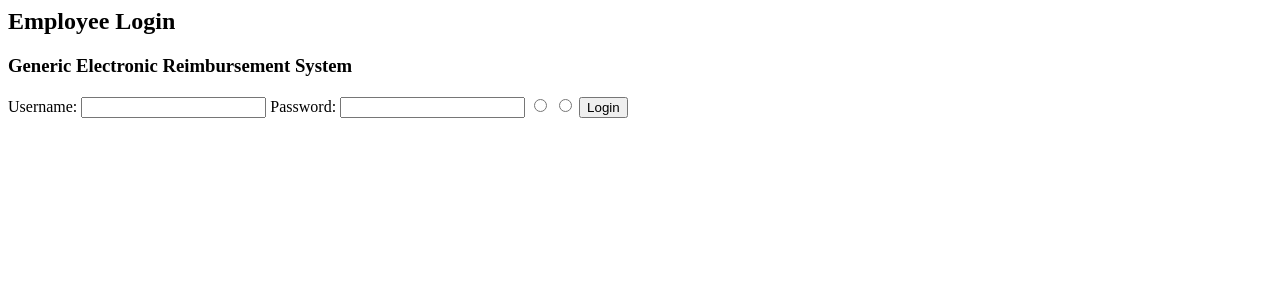
Repository: lharrill01/july_11_current_projects
Page: project1/src/main/webapp/Login.html
These files come from the project's save history. The page is drawn as it stood at one moment and after the next save; the edit follows.
The browser window is 1280 px wide. The pictures show the whole page.

Above is the page before, as saved 2019-07-07 19:02:24.

After the next save:
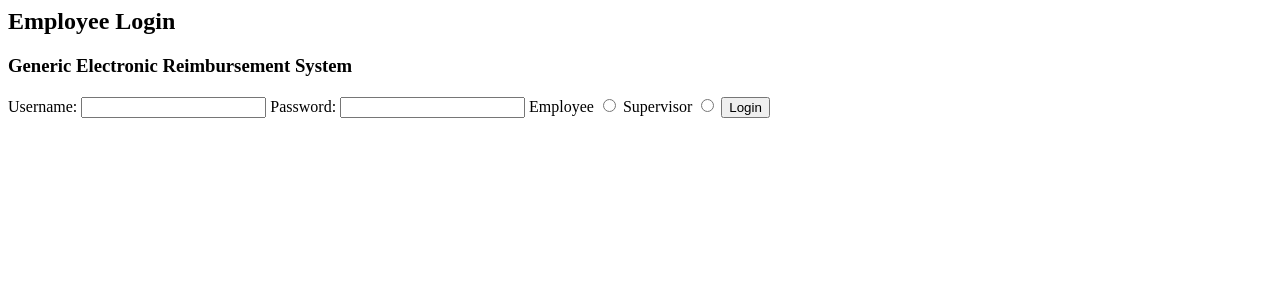
Saved 47 s later.
--- a/project1/src/main/webapp/Login.html
+++ b/project1/src/main/webapp/Login.html
@@ -8,7 +8,9 @@
 	<input type="text" name="username">
 	<label>Password: </label>
 	<input type="password" name="password">
+	<label>Employee</label>
 	<input type="radio" name="ESswitch" value=1>
+	<label>Supervisor</label>
 	<input type="radio" name="ESswitch" value=2>
 	<input type="submit" value="Login">
 </form>
